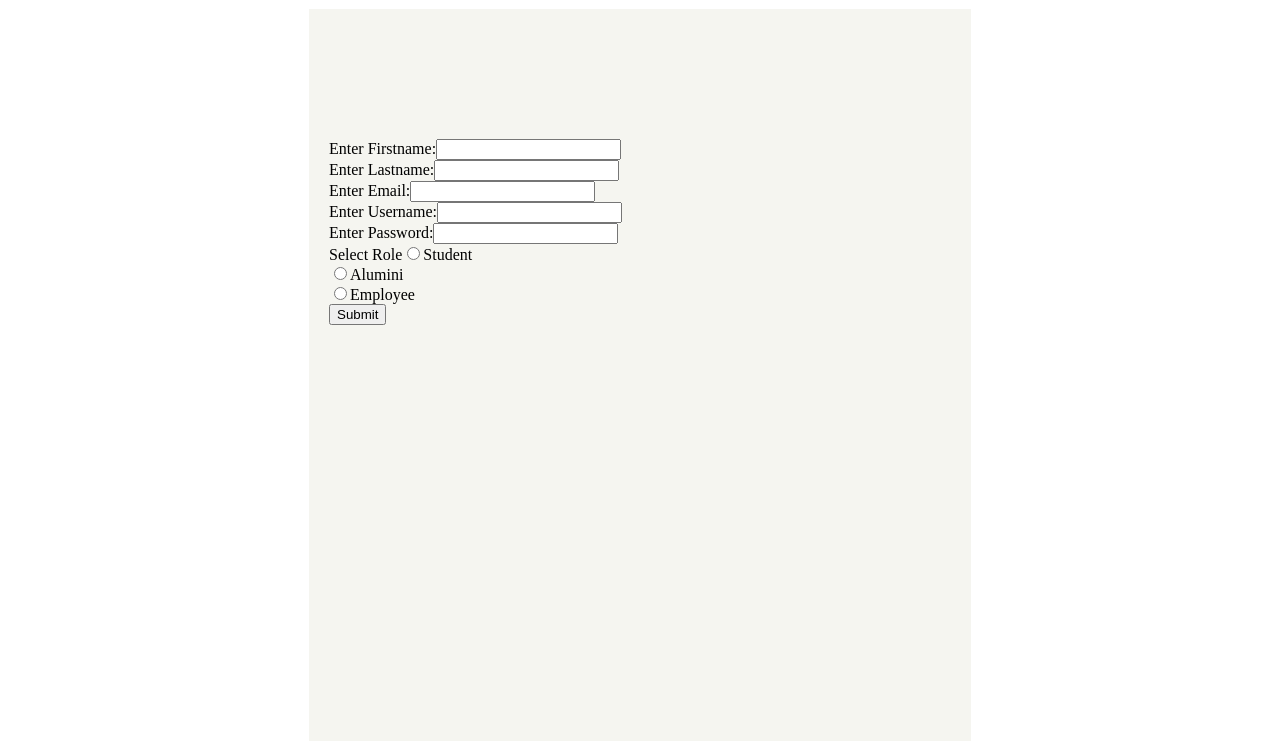
Repository: NeeleshPoojari/Project-2
Page: frontend_project2/WebContent/views/registrationform.html
An editor plug-in stored every save of this project. The page is shown before and after the next save, followed by the edit.
The browser window is 1280 px wide. The pictures show the whole page.

Above is the page before, as saved 2017-07-16 16:16:22.

### frontend_project2/WebContent/views/registrationform.html
<style>
.middle {
    border: 1px solid white;
    background-color: #f5f5f0;
    padding-top: 50px;
    padding-right: 50px;
    padding-bottom: 400px;
    padding-left: 20px;
    margin-left:300px;
    margin-right:300px;

}
</style>

<div class="middle">
<form style="margin-top: 80px;">
Enter Firstname:<input type="text" ng-model="user.firstname"><br>
Enter Lastname:<input type="text" ng-model="user.lastname"><br>
Enter Email:<input type="text" ng-model="user.email"><br>
Enter Username:<input type="text" ng-model="user.username"><br>
Enter Password:<input type="password" ng-model="user.password"><br>

Select Role<input type="radio" ng-model="user.role" value="Student">Student<br>
<input type="radio" ng-model="user.role" value="Alumini">Alumini<br>
<input type="radio" ng-model="user.role" value="Employee">Employee<br>

<input type="submit" ng-click="register()"><br>

</form>
</div>

After the next save:
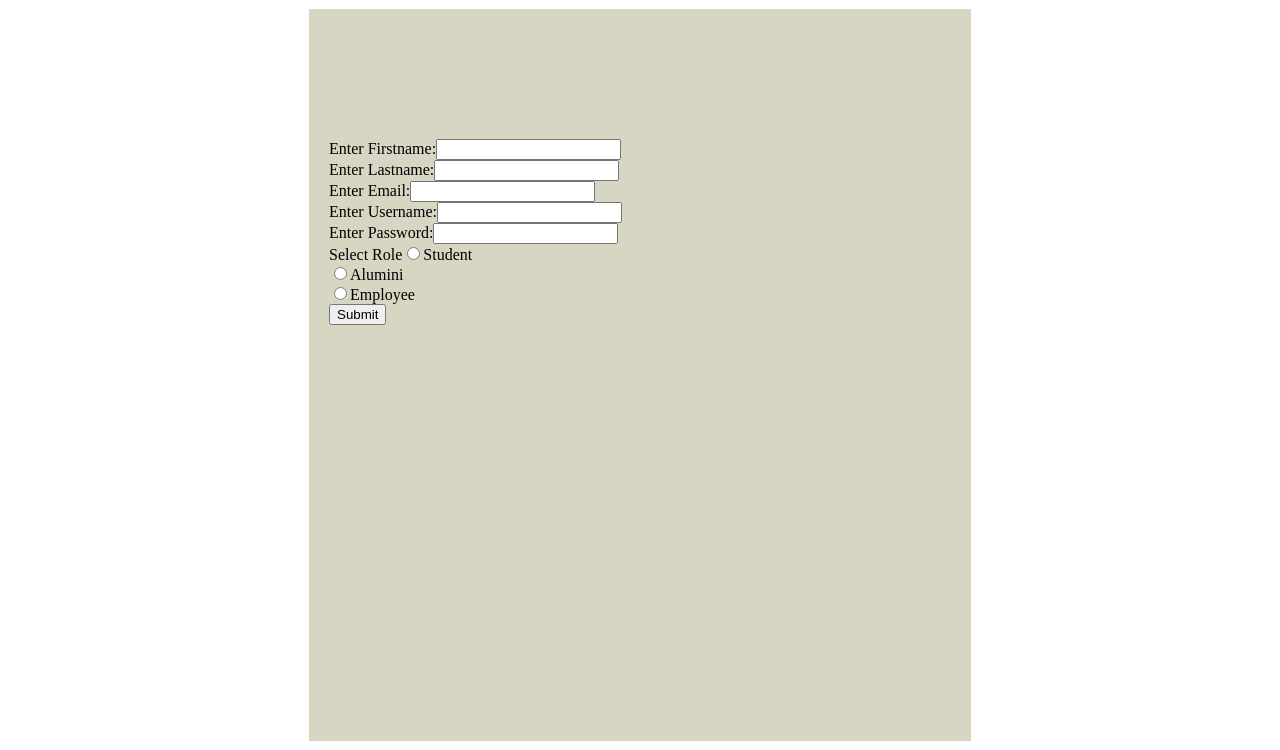
Saved 75 s later.
--- a/frontend_project2/WebContent/views/registrationform.html
+++ b/frontend_project2/WebContent/views/registrationform.html
@@ -1,7 +1,7 @@
 <style>
 .middle {
     border: 1px solid white;
-    background-color: #f5f5f0;
+    background-color: #d6d6c2;
     padding-top: 50px;
     padding-right: 50px;
     padding-bottom: 400px;
